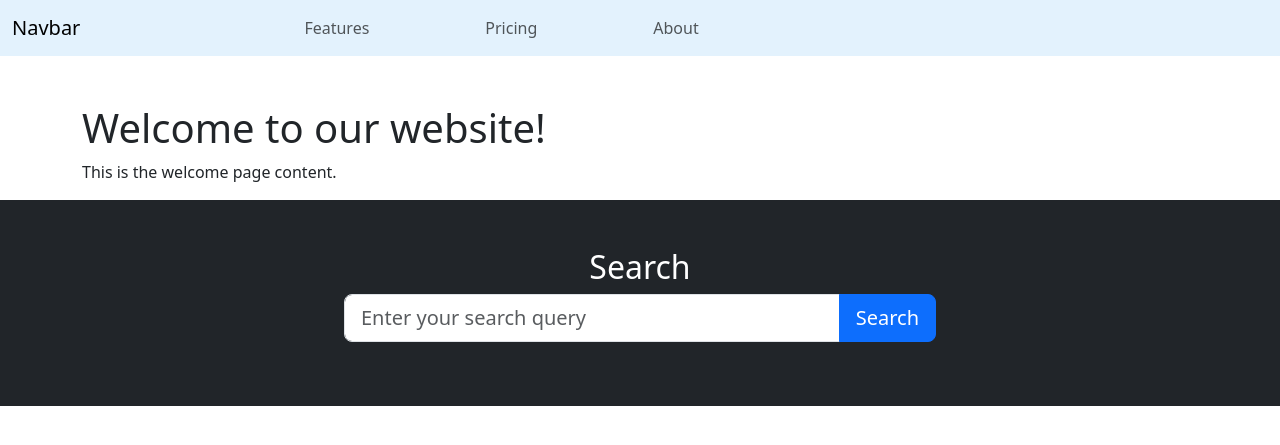
Repository: gyfffffff/meishimeike_test
Page: meishimeike/hello.html
An editor plug-in stored every save of this project. The page is shown before and after the next save, followed by the edit.
The browser window is 1280 px wide. The pictures show the whole page.

Above is the page before, as saved 2023-07-13 10:54:56.

### meishimeike/hello.html
<!DOCTYPE html>
<html lang="en">

<head>
    <meta charset="UTF-8">
    <meta name="viewport" content="width=device-width, initial-scale=1.0">
    <link rel="stylesheet" href="https://cdn.jsdelivr.net/npm/bootstrap@5.3.0/dist/css/bootstrap.min.css">
    <style>
        .navbar-nav li {
            margin-right: 100px;
        }

        .navbar-brand{
            padding-right: 200px;
        }
    </style>

    <title>美食每刻</title>
</head>

<body>
<nav class="navbar navbar-expand-lg" style="background-color: #e3f2fd;" data-bs-theme="light">
    <div class="container-fluid">
        <a class="navbar-brand" href="#">Navbar</a>
        <button class="navbar-toggler collapsed" type="button" data-bs-toggle="collapse" data-bs-target="#navbarColor03"
            aria-controls="navbarColor03" aria-expanded="false" aria-label="Toggle navigation">
            <span class="navbar-toggler-icon"></span>
        </button>
        <div class="navbar-collapse collapse" id="navbarColor03" style="">
            <ul class="navbar-nav me-auto mb-2 mb-lg-0">
                <!-- <li class="nav-item">
                    <a class="nav-link active" aria-current="page" href="#">Home</a>
                </li> -->
                <li class="nav-item">
                    <a class="nav-link" href="#">Features</a>
                </li>
                <li class="nav-item">
                    <a class="nav-link" href="#">Pricing</a>
                </li>
                <li class="nav-item">
                    <a class="nav-link" href="#">About</a>
                </li>
            </ul>
            <!-- <form class="d-flex" role="search">
                <input class="form-control me-2" type="search" placeholder="Search" aria-label="Search">
                <button class="btn btn-outline-primary" type="submit">Search</button>
            </form> -->
        </div>
    </div>
</nav>

    <div class="container mt-5">
        <h1>Welcome to our website!</h1>
        <p>This is the welcome page content.</p>
    </div>

    <div class="container-fluid bg-dark text-center p-5">
        <h2 class="text-white">Search</h2>
        <div class="input-group mb-3 w-50 mx-auto">
            <input type="text" class="form-control form-control-lg" placeholder="Enter your search query">
            <button class="btn btn-primary btn-lg" type="button">Search</button>
        </div>
    </div>

    <script src="https://cdn.jsdelivr.net/npm/bootstrap@5.3.0/dist/js/bootstrap.bundle.min.js"></script>
</body>

</html>

After the next save:
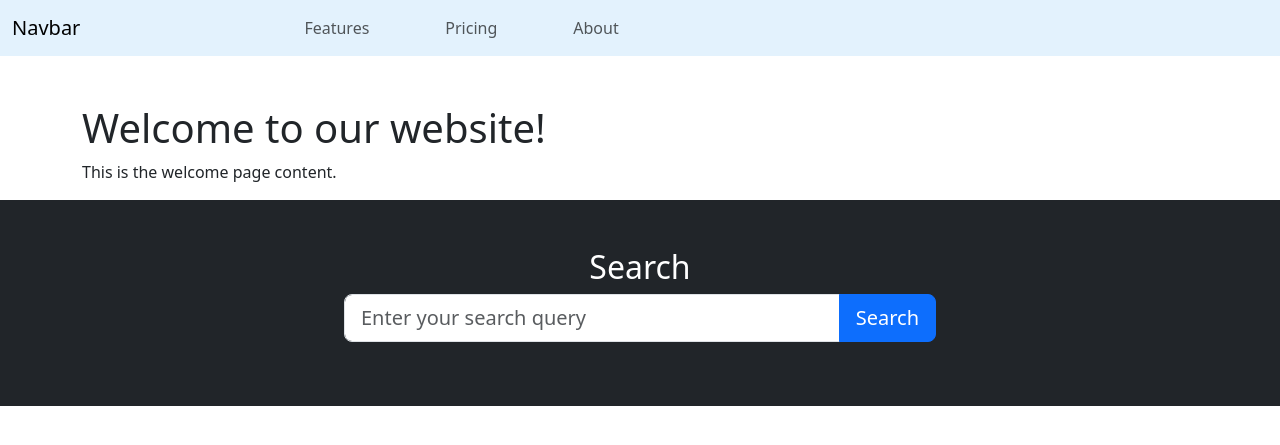
Saved 40 s later.
--- a/meishimeike/hello.html
+++ b/meishimeike/hello.html
@@ -7,7 +7,7 @@
     <link rel="stylesheet" href="https://cdn.jsdelivr.net/npm/bootstrap@5.3.0/dist/css/bootstrap.min.css">
     <style>
         .navbar-nav li {
-            margin-right: 100px;
+            margin-right: 60px;
         }
 
         .navbar-brand{
